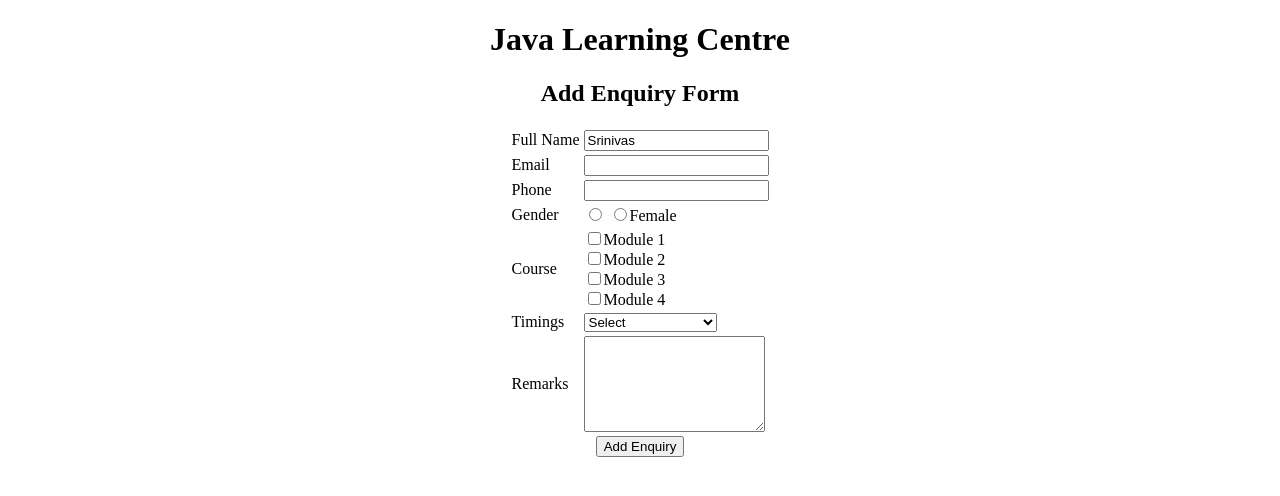
Repository: prabhatsingh2408/jlc
Page: advance java/servletNew/Lab3/WebContent/register.html
These files come from the project's save history. The page is drawn as it stood at one moment and after the next save; the edit follows.
The browser window is 1280 px wide. The pictures show the whole page.

Above is the page before, as saved 2016-06-16 03:37:14.

After the next save:
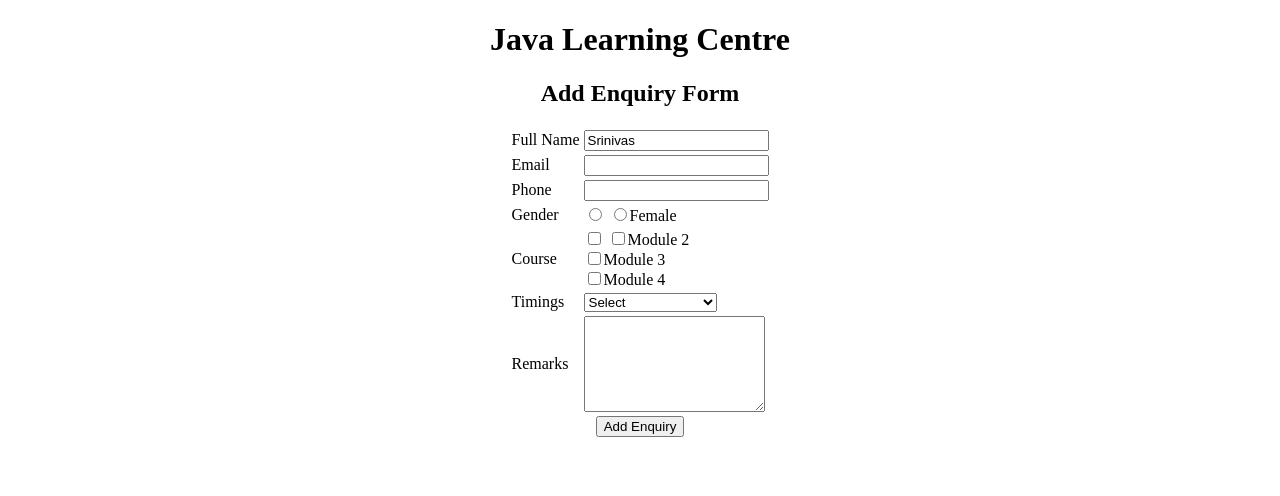
Saved 12 min 42 s later.
--- a/advance java/servletNew/Lab3/WebContent/register.html
+++ b/advance java/servletNew/Lab3/WebContent/register.html
@@ -22,7 +22,7 @@
 </td></tr>
 <tr><td>Course</td>
 <td>
-<input type="checkbox" name="course" value="Module 1"/>Module 1<br>
+<input type="checkbox" name="course" value="Module 1"/>
 <input type="checkbox" name="course" value="Module 2"/>Module 2<br>
 <input type="checkbox" name="course" value="Module 3"/>Module 3<br>
 <input type="checkbox" name="course" value="Module 4"/>Module 4<br>
